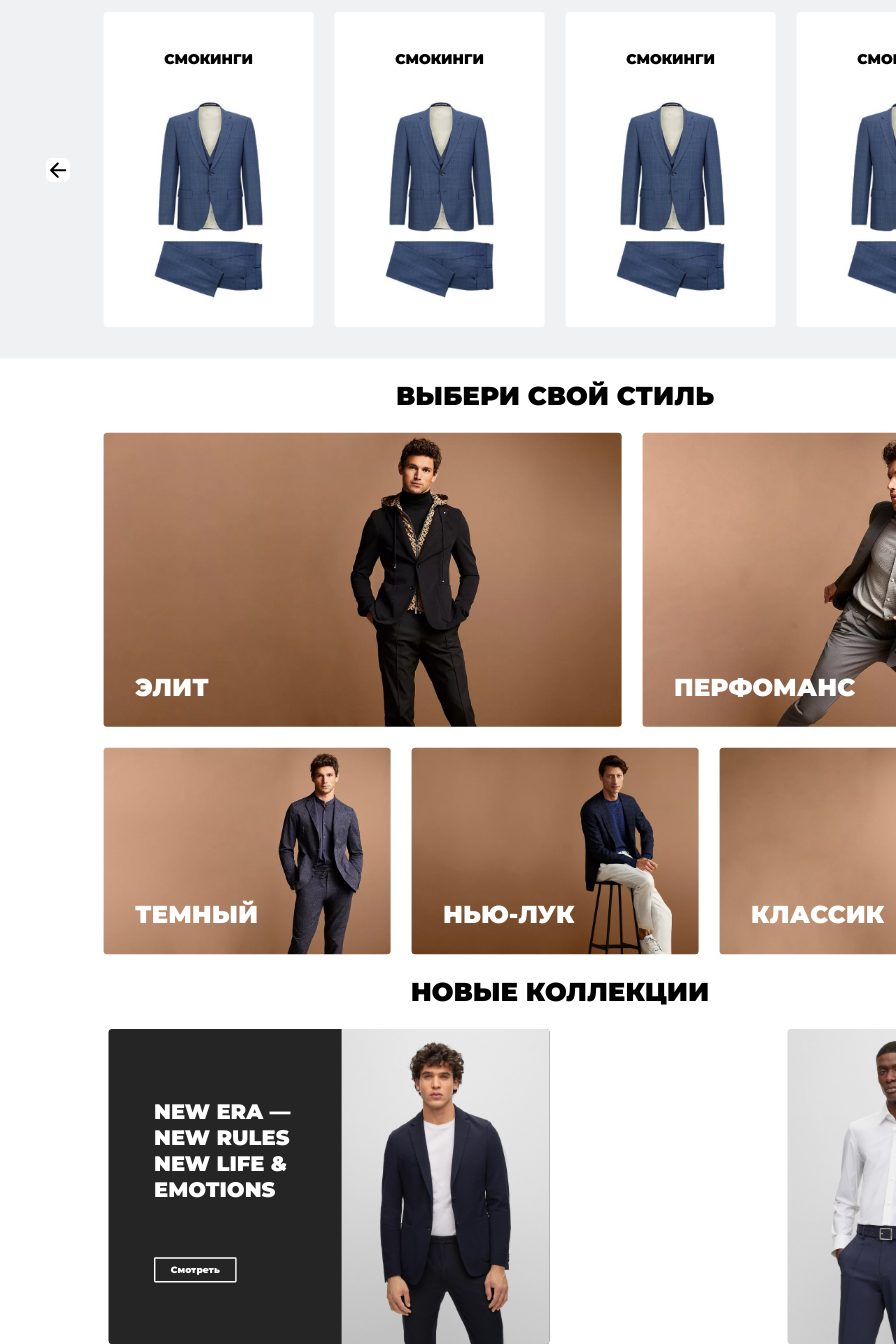
Repository: MaksimKrupkin/SigmaEllegance
Page: /
These files come from the project's save history. The page is drawn as it stood at one moment and after the next save; the edit follows.
The browser window is 1280 px wide. The pictures show the part of the page from y = 873 to 2793 px (the page is 2793 px tall), at 70% of full size.
Some web fonts or font styles are not loaded; a fallback is used. The project was rebuilt for these pictures with package versions that can differ from the ones it lists, and the page was loaded fresh each time.

Above is the page before, as saved 2023-11-23 22:45:40.

After the next save:
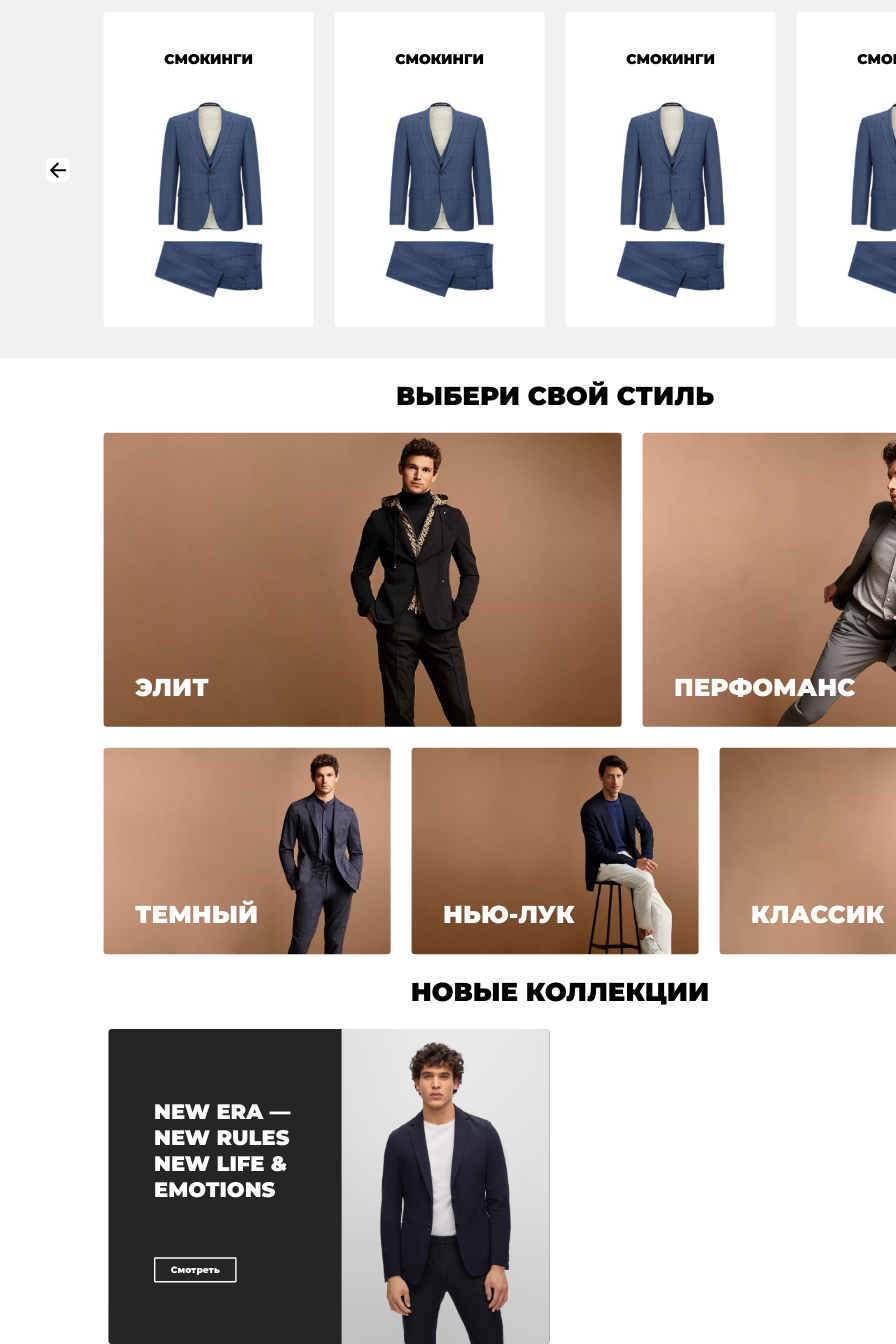
Saved 35 s later.
--- a/src/Components/Collections/Collections.jsx
+++ b/src/Components/Collections/Collections.jsx
@@ -7,13 +7,12 @@
       <h2 className={styles.title}>Новые коллекции</h2>
       <div className={styles.collections_wrapper}>
         <div className={styles.collections_top}>
-          <a className={styles.link_wrapper}>
-            <div className={styles.collection1}>
-              <p className={styles.subtitle}>New era —New Rules New life & emotions</p>
-              <a className={styles.button}>Смотреть</a>
-              <div className={styles.rightPart}></div>
-            </div>
-          </a>
+          <div className={styles.collection1}>
+            <p className={styles.subtitle}>New era —New Rules New life & emotions</p>
+            <a className={styles.button}>Смотреть</a>
+            <div className={styles.rightPart}></div>
+          </div>
+
           <div className={styles.collection2}></div>
         </div>
         <div className={styles.collections_bottom}></div>

After the save that followed:
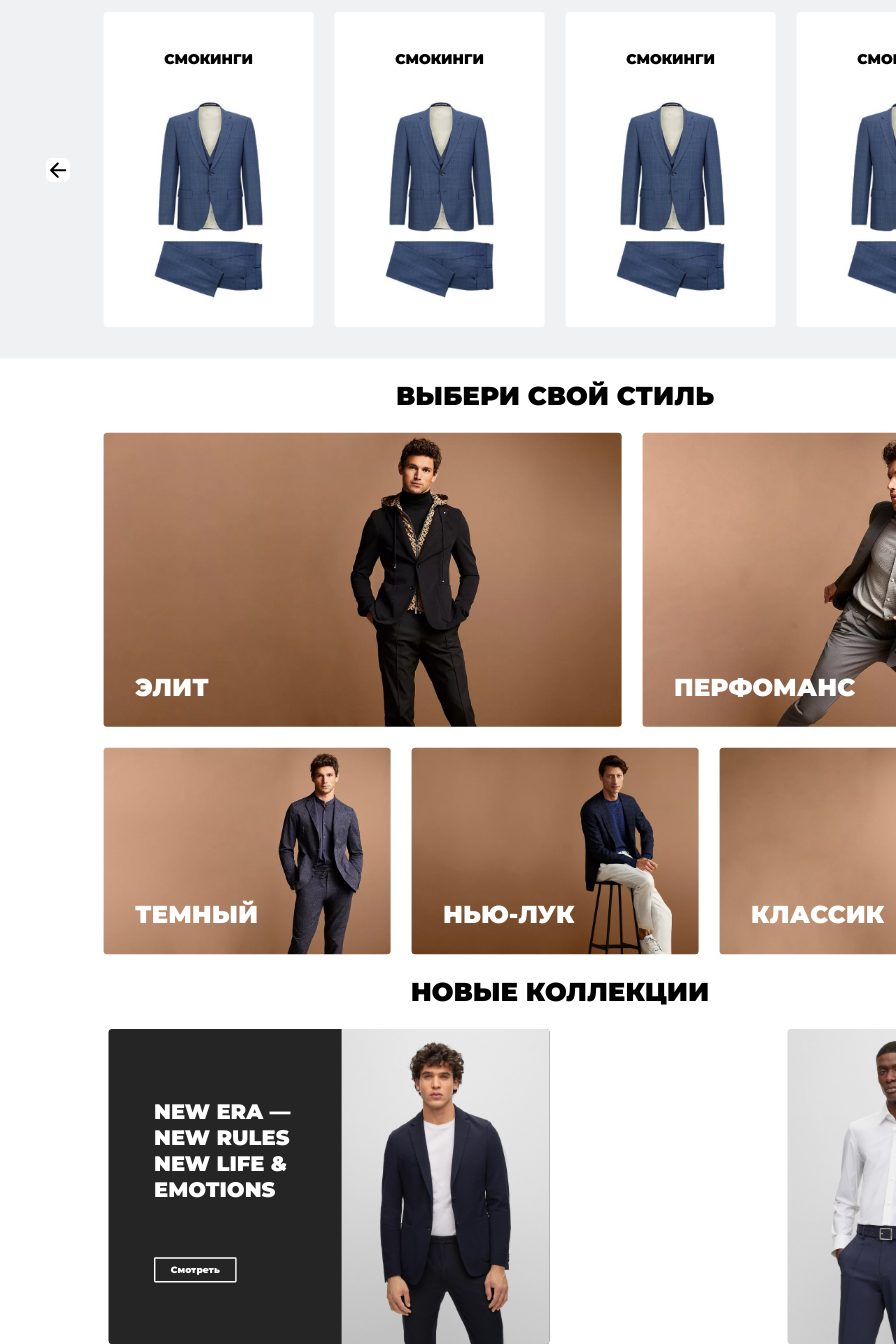
Saved 17 s later.
--- a/src/Components/Collections/Collections.jsx
+++ b/src/Components/Collections/Collections.jsx
@@ -7,12 +7,13 @@
       <h2 className={styles.title}>Новые коллекции</h2>
       <div className={styles.collections_wrapper}>
         <div className={styles.collections_top}>
-          <div className={styles.collection1}>
-            <p className={styles.subtitle}>New era —New Rules New life & emotions</p>
-            <a className={styles.button}>Смотреть</a>
-            <div className={styles.rightPart}></div>
-          </div>
-
+          <a className={styles.link_wrapper}>
+            <div className={styles.collection1}>
+              <p className={styles.subtitle}>New era —New Rules New life & emotions</p>
+              <a className={styles.button}>Смотреть</a>
+              <div className={styles.rightPart}></div>
+            </div>
+          </a>
           <div className={styles.collection2}></div>
         </div>
         <div className={styles.collections_bottom}></div>
